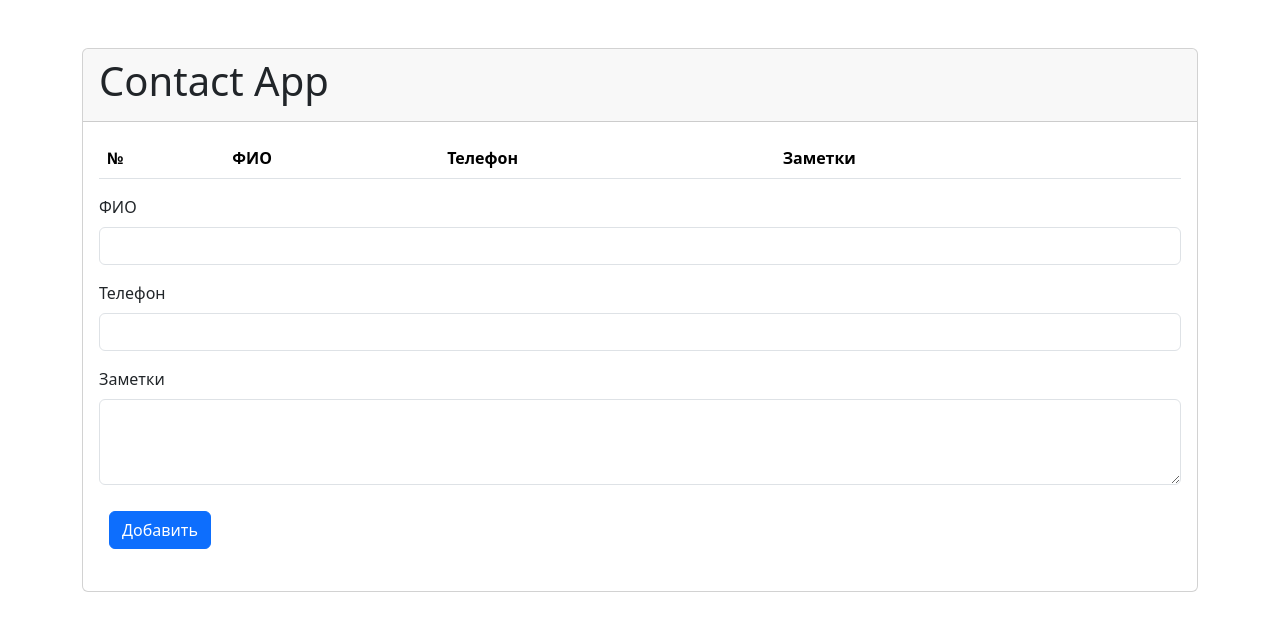
Repository: tatacheba/appstepikjavareact-client
Page: /
These files come from the project's save history. The page is drawn as it stood at one moment and after the next save; the edit follows.
The browser window is 1280 px wide. The pictures show the whole page.
The page's requests for data from a server got no answer. The project was rebuilt for these pictures with package versions that can differ from the ones it lists, and the page was loaded fresh each time. No one was signed in, and anything a server would have sent is missing. Also part of the build but not shown: src/layouts/components/tableView/TableRowItem.js, src/layouts/components/ModalDeleteContact.js.

Above is the page before, as saved 2024-12-17 15:23:34.

### public/index.html
<!DOCTYPE html>
<html lang="en">
    <head>
        <meta charset="utf-8" />
        <link rel="icon" href="%PUBLIC_URL%/favicon.ico" />
        <meta name="viewport" content="width=device-width, initial-scale=1" />
        <meta name="theme-color" content="#000000" />
        <meta
            name="description"
            content="Web site created using create-react-app"
        />
        <link rel="apple-touch-icon" href="%PUBLIC_URL%/logo192.png" />
        <link
            href="https://cdn.jsdelivr.net/npm/bootstrap@5.3.3/dist/css/bootstrap.min.css"
            rel="stylesheet"
            integrity="sha384-QWTKZyjpPEjISv5WaRU9OFeRpok6YctnYmDr5pNlyT2bRjXh0JMhjY6hW+ALEwIH"
            crossorigin="anonymous"
        />
        <!--
      manifest.json provides metadata used when your web app is installed on a
      user's mobile device or desktop. See https://developers.google.com/web/fundamentals/web-app-manifest/
    -->
        <link rel="manifest" href="%PUBLIC_URL%/manifest.json" />

        <title>App of Stepik</title>
    </head>
    <body>
        <div id="root"></div>
        <script
            src="https://cdn.jsdelivr.net/npm/bootstrap@5.3.3/dist/js/bootstrap.bundle.min.js"
            integrity="sha384-YvpcrYf0tY3lHB60NNkmXc5s9fDVZLESaAA55NDzOxhy9GkcIdslK1eN7N6jIeHz"
            crossorigin="anonymous"
        ></script>
    </body>
</html>

### src/index.js
import React from "react";
import ReactDOM from "react-dom/client";
import "./index.css";
import App from "./App";
// import MockApp from "./MockApp";
import "bootstrap/dist/css/bootstrap.min.css";
import "bootstrap/dist/js/bootstrap.bundle.min.js";

const root = ReactDOM.createRoot(document.getElementById("root"));
root.render(
    <React.StrictMode>
        <App />
        {/* <MockApp /> */}
    </React.StrictMode>
);

### src/App.js
import "./App.css";
import TablewView from "./layouts/components/tableView/TablewView";
import { useEffect, useState } from "react";
import FormNewItem from "./layouts/components/FormNewItem";
import ModalDeleteContact from "./layouts/components/ModalDeleteContact";
import axios from "axios";

function App() {
    const [items, setItems] = useState([]);
    const [loading, setLoading] = useState(false);
    const [isModalOpen, setIsModalOpen] = useState(false);
    const [currentContactId, setCurrentContactId] = useState(null);
    const HOST = process.env.REACT_APP_HOST;
    axios.defaults.headers.common["ngrok-skip-browser-warning"] = "true";
    useEffect(() => {
        console.log("Fetching contacts...", HOST);
        axios
            .get(`${HOST}/api/contacts`)
            .then((res) => {
                console.log(res.data);
                const data = res.data._embedded.contacts.map((item) => ({
                    id: item.id,
                    fullName: item.fullName,
                    phone: item.phone,
                    notes: item.notes,
                }));
                setItems(data);
                console.log("Contacts loaded:", data);
            })
            .catch((error) => console.error("Error fetching contacts:", error));
    }, [HOST]);

    const appendContact = (fullName, phone, notes) => {
        const contact = {
            fullName,
            phone,
            notes,
        };

        const url = `${HOST}/api/contacts`;
        setLoading(true); // Включить индикатор загрузки
        axios
            .post(url, contact)
            .then((res) => {
                contact.id = res.data.id;
                setItems([...items, contact]);
            })
            .catch((error) => console.error("Error adding contact:", error))
            .finally(() => {
                setLoading(false); // Выключить индикатор загрузки
            });
    };

    const onToggleModal = (id = null) => {
        setIsModalOpen((prev) => !prev);
        setCurrentContactId(id);
    };

    const removeContact = () => {
        if (!currentContactId) {
            console.error("No contact ID to delete");
            return;
        }
        const url = `${HOST}/api/contacts/${currentContactId}`;
        axios
            .delete(url)
            .then(() => {
                setItems(items.filter((item) => item.id !== currentContactId));
                console.log("Contact deleted with ID:", currentContactId);
            })
            .catch((error) => console.error("Error deleting contact:", error))
            .finally(() => {
                onToggleModal(); // Закрыть модальное окно
            });
    };

    return (
        <div className="container mt-5">
            <div className="card">
                <div className="card-header">
                    <h1>Contact App</h1>
                </div>
                <div className="card-body">
                    <TablewView
                        data={items}
                        removeContact={onToggleModal} // Передаём функцию открытия модального окна
                    />
                    <FormNewItem
                        appContact={appendContact}
                        disabled={loading}
                    />
                </div>
            </div>
            <ModalDeleteContact
                isOpen={isModalOpen}
                onModal={removeContact} // Удаляем контакт
                onCancel={() => onToggleModal(false)} // Закрыть модальное окно
            />
        </div>
    );
}

export default App;

### src/App.css
.modall {
    position: fixed;
    top: 50%;
    left: 50%;
    background-color: aliceblue;
    padding: 30px;
    margin: 10px;
    transform: translate(-50%, -50%);
    width: 400px;
    height: auto;
    z-index: 1000;
}
button.btn {
    margin: 10px;
}

### src/layouts/components/tableView/TablewView.js
// src/layouts/components/tableview/TableView.js
import React from "react";
import TableRowItem from "./TableRowItem";
import { v4 as uuidv4 } from "uuid";

const TablewView = (props) => {
    return (
        <table className="table table-hover">
            <thead>
                <tr>
                    <th scope="col">№</th>
                    <th scope="col">ФИО</th>
                    <th scope="col">Телефон</th>
                    <th scope="col">Заметки</th>
                    <th scope="col"></th>
                </tr>
            </thead>
            <tbody>
                {props.data.map((item) => (
                    <TableRowItem
                        key={uuidv4()}
                        contact={item}
                        removeContact={props.removeContact}
                    />
                ))}
            </tbody>
        </table>
    );
};
export default TablewView;

### src/layouts/components/FormNewItem.js
// src/layouts/components/FormNewItem.js
import React, { useState } from "react";

function FormNewItem({ appContact, disabled }) {
    // Правильная деструктуризация props
    const [fullName, setFullName] = useState("");
    const [phone, setPhone] = useState("");
    const [notes, setNotes] = useState("");

    const submit = () => {
        if (!fullName || !phone || !notes) {
            return;
        }
        appContact(fullName, phone, notes); // Используйте переданный метод
        setFullName("");
        setPhone("");
        setNotes("");
    };

    return (
        <div className="mb-3">
            <form>
                <label className="form-label">ФИО</label>
                <div className="mb-3">
                    <input
                        type="text"
                        className="form-control"
                        value={fullName}
                        onChange={(e) => setFullName(e.target.value)}
                        disabled={disabled} // Заблокировать поле ввода
                    />
                </div>
                <label className="form-label">Телефон</label>
                <div className="mb-3">
                    <input
                        type="tel"
                        className="form-control"
                        value={phone}
                        onChange={(e) => setPhone(e.target.value)}
                        disabled={disabled} // Заблокировать поле ввода
                    />
                </div>
                <label className="form-label">Заметки</label>
                <div className="mb-3">
                    <textarea
                        className="form-control"
                        value={notes}
                        rows={3}
                        onChange={(e) => setNotes(e.target.value)}
                        disabled={disabled} // Заблокировать поле ввода
                    />
                </div>
                <button
                    className="btn btn-primary"
                    type="button"
                    onClick={submit}
                    disabled={disabled} // Заблокировать кнопку
                >
                    {disabled ? "Добавление..." : "Добавить"}{" "}
                    {/* Изменить текст кнопки */}
                </button>
            </form>
        </div>
    );
}

export default FormNewItem;

### src/layouts/components/formNewItem/FormNewItem.js
// src/components/formNewItem/FormNewItem.js
import React, { useState } from "react";

function FormNewItem({ appContact, disabled }) {
    // Правильная деструктуризация props
    const [fullName, setFullName] = useState("");
    const [phone, setPhone] = useState("");
    const [notes, setNotes] = useState("");

    const submit = () => {
        if (!fullName || !phone || !notes) {
            return;
        }
        appContact(fullName, phone, notes); // Используйте переданный метод
        setFullName("");
        setPhone("");
        setNotes("");
    };

    return (
        <div className="mb-3">
            <form>
                <label className="form-label">ФИО</label>
                <div className="mb-3">
                    <input
                        type="text"
                        className="form-control"
                        value={fullName}
                        onChange={(e) => setFullName(e.target.value)}
                        disabled={disabled} // Заблокировать поле ввода
                    />
                </div>
                <label className="form-label">Телефон</label>
                <div className="mb-3">
                    <input
                        type="tel"
                        className="form-control"
                        value={phone}
                        onChange={(e) => setPhone(e.target.value)}
                        disabled={disabled} // Заблокировать поле ввода
                    />
                </div>
                <label className="form-label">Заметки</label>
                <div className="mb-3">
                    <textarea
                        className="form-control"
                        value={notes}
                        rows={3}
                        onChange={(e) => setNotes(e.target.value)}
                        disabled={disabled} // Заблокировать поле ввода
                    />
                </div>
                <button
                    className="btn btn-primary"
                    type="button"
                    onClick={submit}
                    disabled={disabled} // Заблокировать кнопку
                >
                    {disabled ? "Добавление..." : "Добавить"}{" "}
                    {/* Изменить текст кнопки */}
                </button>
            </form>
        </div>
    );
}

export default FormNewItem;

Loaded but not shown: src/index.css (common file)

After the next save:
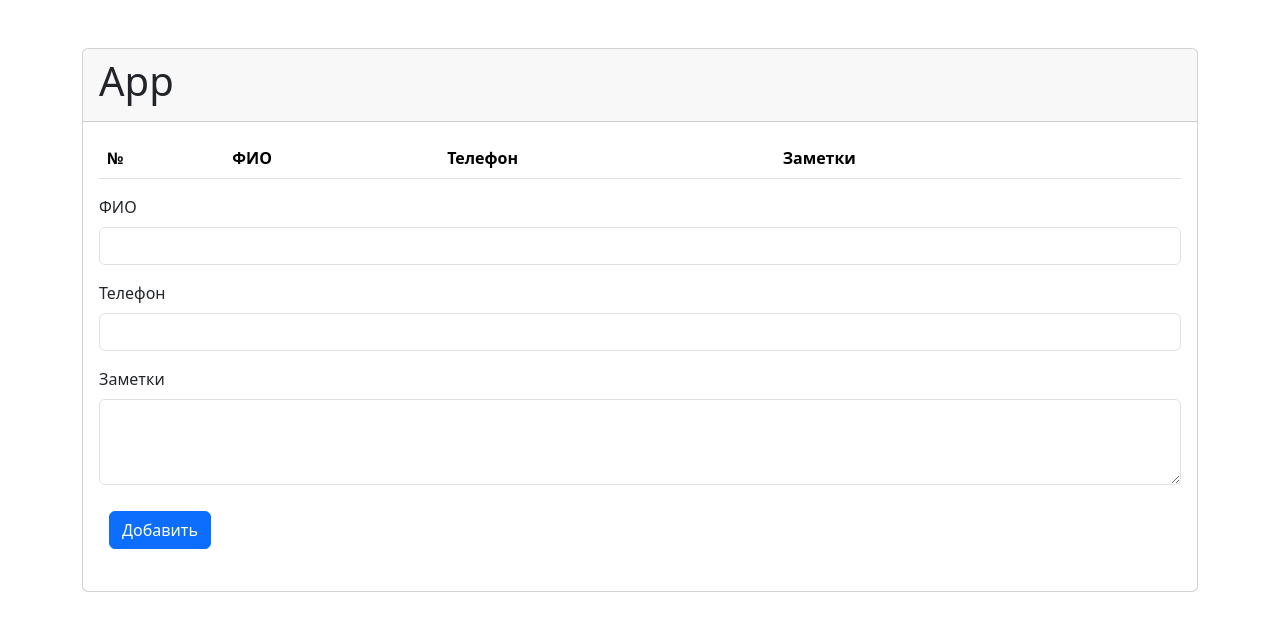
Saved 79 min 48 s later.
--- a/src/App.js
+++ b/src/App.js
@@ -1,7 +1,7 @@
 import "./App.css";
 import TablewView from "./layouts/components/tableView/TablewView";
 import { useEffect, useState } from "react";
-import FormNewItem from "./layouts/components/FormNewItem";
+import FormNewItem from "./layouts/components/formNewItem/FormNewItem";
 import ModalDeleteContact from "./layouts/components/ModalDeleteContact";
 import axios from "axios";
 
@@ -11,13 +11,11 @@ function App() {
     const [isModalOpen, setIsModalOpen] = useState(false);
     const [currentContactId, setCurrentContactId] = useState(null);
     const HOST = process.env.REACT_APP_HOST;
-    axios.defaults.headers.common["ngrok-skip-browser-warning"] = "true";
     useEffect(() => {
-        console.log("Fetching contacts...", HOST);
+        console.log("Fetching contacts...");
         axios
-            .get(`${HOST}/api/contacts`)
+            .get("http://localhost:8080/api/contacts")
             .then((res) => {
-                console.log(res.data);
                 const data = res.data._embedded.contacts.map((item) => ({
                     id: item.id,
                     fullName: item.fullName,
@@ -28,7 +26,7 @@ function App() {
                 console.log("Contacts loaded:", data);
             })
             .catch((error) => console.error("Error fetching contacts:", error));
-    }, [HOST]);
+    }, []);
 
     const appendContact = (fullName, phone, notes) => {
         const contact = {
@@ -37,7 +35,7 @@ function App() {
             notes,
         };
 
-        const url = `${HOST}/api/contacts`;
+        const url = "http://localhost:8080/api/contacts";
         setLoading(true); // Включить индикатор загрузки
         axios
             .post(url, contact)
@@ -61,7 +59,7 @@ function App() {
             console.error("No contact ID to delete");
             return;
         }
-        const url = `${HOST}/api/contacts/${currentContactId}`;
+        const url = `http://localhost:8080/api/contacts/${currentContactId}`;
         axios
             .delete(url)
             .then(() => {
@@ -78,7 +76,7 @@ function App() {
         <div className="container mt-5">
             <div className="card">
                 <div className="card-header">
-                    <h1>Contact App</h1>
+                    <h1>App</h1>
                 </div>
                 <div className="card-body">
                     <TablewView
